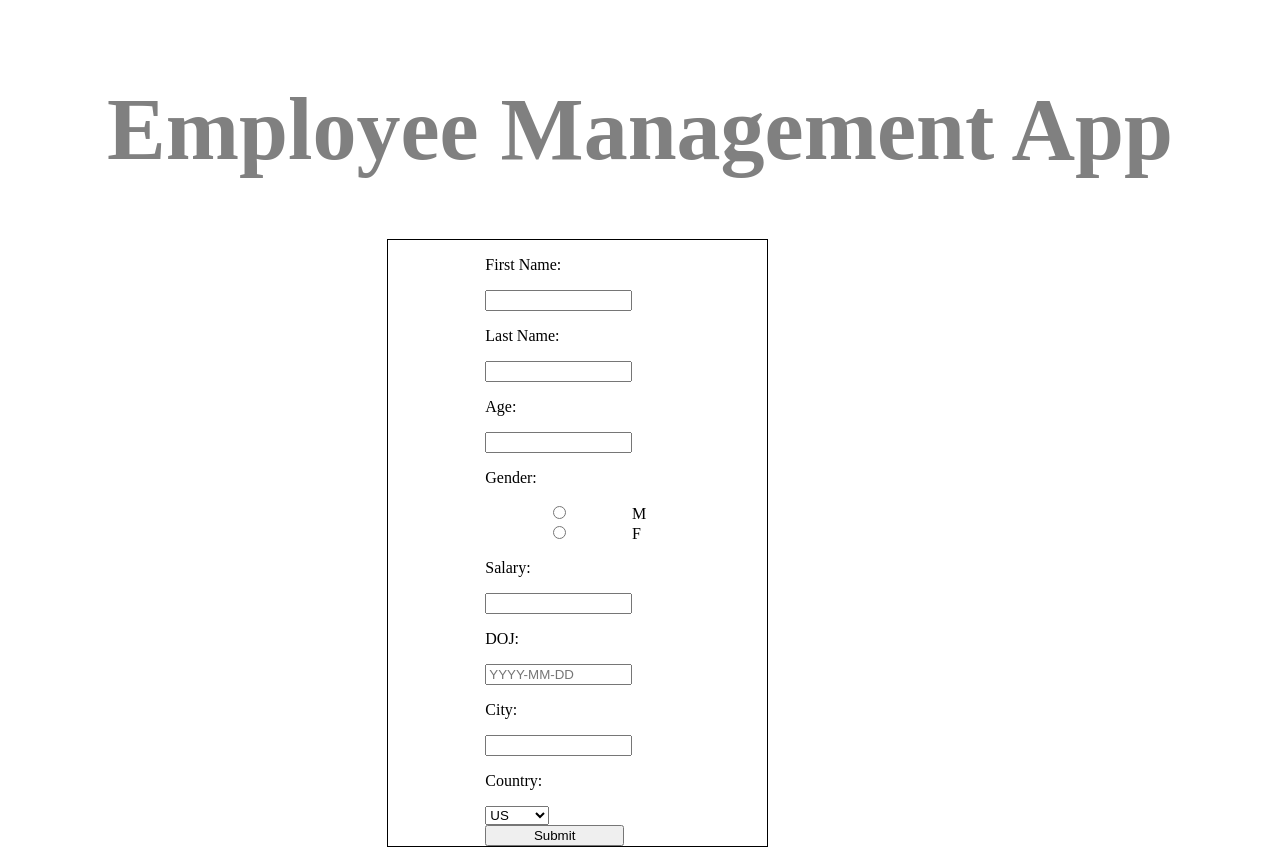
Repository: SaumyaGuptaTechnokrat/Employee_management
Page: http://localhost/Employee/index.jsp
An editor plug-in stored every save of this project. The page is shown before and after the next save, followed by the edit.
The browser window is 1280 px wide. The pictures show the whole page.
The page is served by Tomcat 9.

Above is the page before, as saved 2023-02-10 17:35:50.

After the next save:
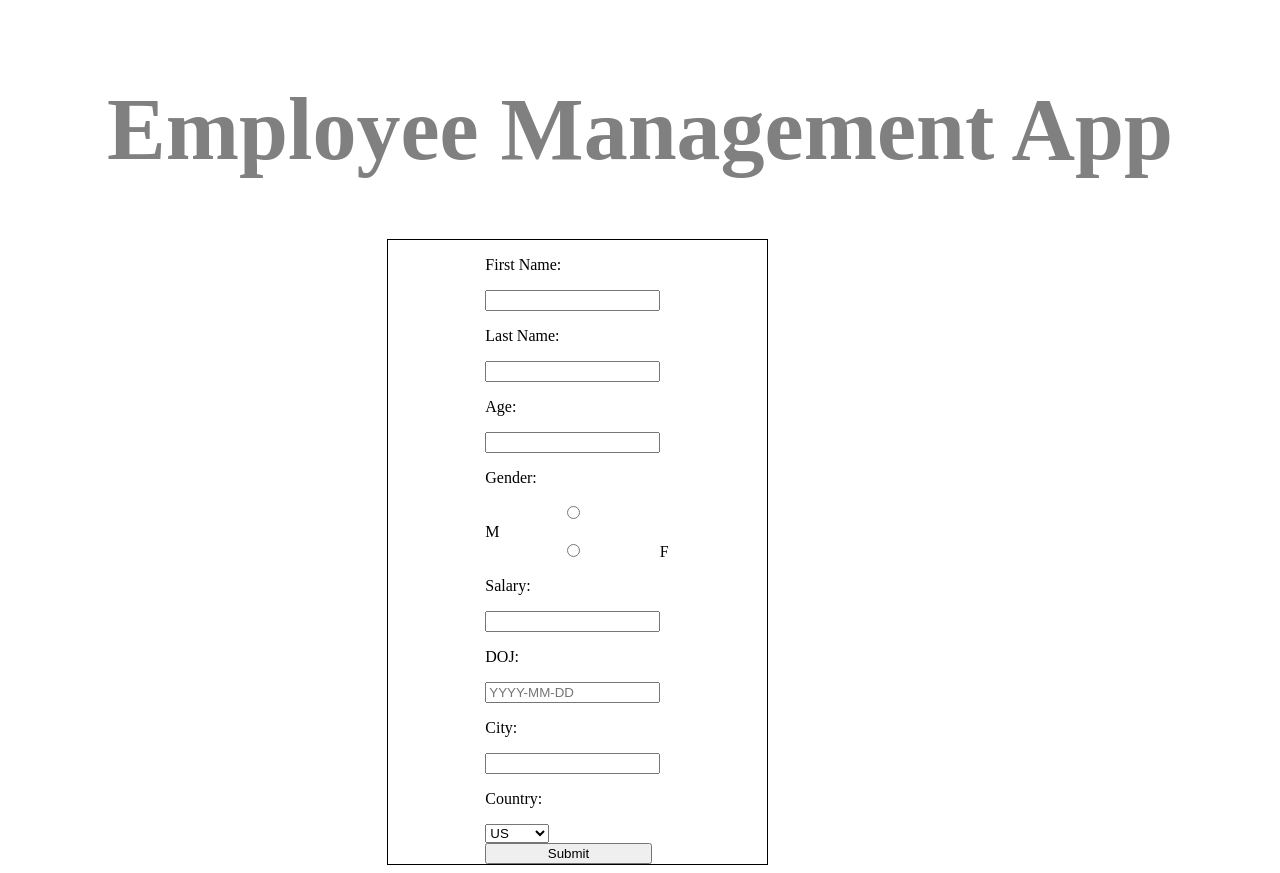
Saved 6 s later.
--- a/Employee/src/main/webapp/Mystyle.css
+++ b/Employee/src/main/webapp/Mystyle.css
@@ -9,5 +9,5 @@ h1{
 	justify-content:center
 }
 input{
-	width:75%;
+	width:90%;
 }
